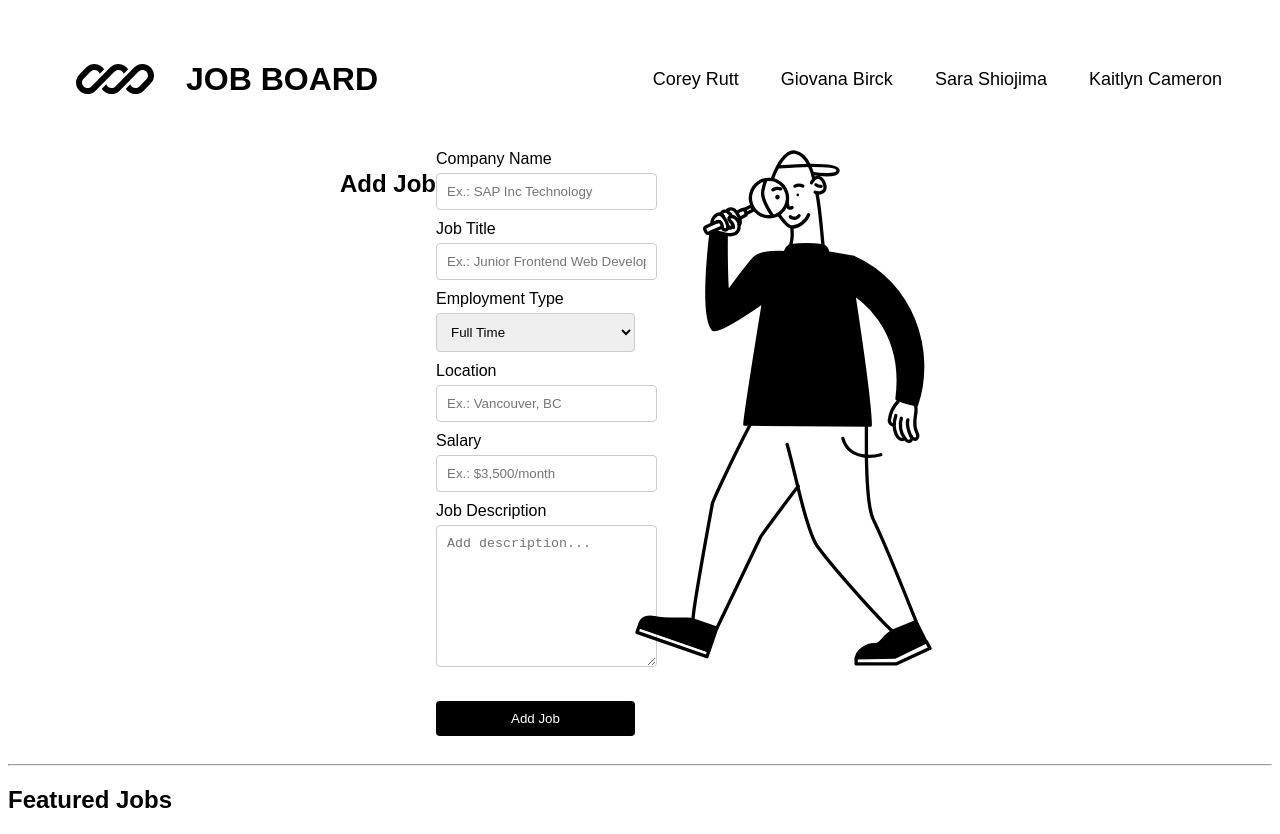
Repository: kcameron37/Final-Project-FrontEnd
Page: /
These files come from the project's save history. The page is drawn as it stood at one moment and after a run of saves; the edit follows.
The browser window is 1280 px wide. The pictures show the whole page.
The project was rebuilt for these pictures with package versions that can differ from the ones it lists, and the page was loaded fresh each time.

Above is the page before, as saved 2023-11-14 20:24:00.

### src/App.js
import React, { useState } from 'react';

import styles from './styles.css';

import JobList from './components/JobList.js';
import AddJob from './components/AddJob.js';
import NavBar from './components/NavBar.js';


export default function App() {
  const [jobs, setJobs] = useState([]);

  const addJob = (job) => {
    setJobs([...jobs, job]);
  };

  const deleteJob = (index) => {
    const newJobs = jobs.filter((_, idx) => idx !== index);
    setJobs(newJobs);
  };

  return (
    <div className="App">
      <NavBar />
      <AddJob addJob={addJob} />
      <JobList jobs={jobs} deleteJob={deleteJob} />
    </div>
  );
}

### src/styles.css
.App {
  font-family: 'Rubik', sans-serif;
}

### src/components/JobList.js
import React from 'react';

export default function JobList({ jobs, deleteJob }) {
  return (
    <div>
      <hr />
      <h2>Featured Jobs</h2>
      {
        jobs.map((job, index) => (
          <div key={index} className="job-item">
            <h3>{job.jobTitle}</h3>
            <button onClick={() => console.log('Make Edit Do Something')}>Edit</button>
            <button onClick={() => deleteJob(index)}>Delete</button>
            <p>{job.companyName} • {job.employment} • {job.location} • {job.salary}</p>
            <p>{job.description}</p>
            <hr />
          </div>
        ))
      }
    </div>
  );
}

### src/components/AddJob.js
import React, { useState } from 'react';
import styles from './addJob.module.css';


export default function AddJob({ addJob }) {

    const [job, setJob] = useState({
        companyName: '',
        jobTitle: '',
        employment: 'Full Time',
        location: '',
        salary: '',
        description: ''
    });

    const handleSubmit = (e) => {
        e.preventDefault();
        addJob(job);
        setJob({ companyName: '', jobTitle: '', employment: 'Full Time', location: '', salary: '', description: '' });
    }

    const handleChange = (e) => {
        setJob({ ...job, [e.target.name]: e.target.value });
    };

    return (
        <form onSubmit={handleSubmit} className={styles.formContainer}>
            <h2>Add Job</h2>
            <div>
                <div>
                    <label>Company Name</label>
                    <input
                        type="text"
                        name="companyName"
                        value={job.companyName}
                        onChange={handleChange}
                        placeholder="Ex.: SAP Inc Technology"
                    />

                    <label>Job Title</label>
                    <input
                        type="text"
                        name="jobTitle"
                        value={job.jobTitle}
                        onChange={handleChange}
                        placeholder="Ex.: Junior Frontend Web Developer"
                    />
                </div>

                <div>
                    <label>Employment Type</label>
                    <select name="employment" value={job.employment} onChange={handleChange}>
                        <option value="Full Time">Full Time</option>
                        <option value="Part Time">Part Time</option>
                    </select>

                    <label>Location</label>
                    <input
                        type="text"
                        name="location"
                        value={job.location}
                        onChange={handleChange}
                        placeholder="Ex.: Vancouver, BC"
                    />

                    <label>Salary</label>
                    <input
                        type="text"
                        name="salary"
                        value={job.salary}
                        onChange={handleChange}
                        placeholder="Ex.: $3,500/month"
                    />
                </div>

                <div>
                    <label>Job Description</label>
                    <textarea
                        name="description"
                        value={job.description}
                        onChange={handleChange}
                        placeholder="Add description..."
                    />
                </div>
                <button type="submit">Add Job</button>

            </div>
            <div>
                <img src="/images/man.svg" alt="Logo" />
            </div>
        </form>
    );
}

### src/components/NavBar.js
import React from 'react';
import styles from './navBar.module.css';

export default function NavBar() {
    return (
        <div className={styles.navBar}>
            <div className={styles.logo}>
                <img src="/images/logo.svg" alt="Logo" />
                <h2>JOB BOARD</h2>
            </div>

            <div>
                <button>Corey Rutt</button>
                <button>Giovana Birck</button>
                <button>Sara Shiojima</button>
                <button>Kaitlyn Cameron</button>
            </div>
        </div>
    );
}

### src/components/addJob.module.css
.formContainer {
    display: flex;
    max-width: 600px;
    margin: auto;
  }

  .formContainer > div {
    margin-bottom: 20px; /* Space out each form section */
  }

  .formContainer label {
    display: block; /* Make the label take up the full width of its line */
    margin-bottom: 5px; /* Space between the label and the input */
  }

  .formContainer input[type="text"],
  .formContainer select,
  .formContainer textarea {
    width: 100%; /* Make the input take up the full width of its parent div */
    padding: 10px; /* Add some padding inside the inputs for better readability */
    border: 1px solid #ccc; /* A subtle border for the inputs */
    border-radius: 4px; /* Optional: rounded corners */
    margin-bottom: 10px; /* Space after each input */
  }

  .formContainer textarea {
    height: 120px; /* Set a fixed height for the textarea */
  }

  .formContainer button {
    width: 100%; /* Make the button take up the full width */
    padding: 10px; /* Padding for the button */
    background-color: #000; /* Button color */
    color: #fff; /* Text color for the button */
    border: none;
    border-radius: 4px; /* Optional: rounded corners for the button */
    cursor: pointer;
    margin-top: 20px; /* Space above the button */
  }

  /* Ensure the image doesn't exceed the width of the form */
  .formContainer img {
    max-width: 100%;
    height: auto;
  }

### src/components/navBar.module.css
.logo{
  display: flex;
  align-items: center;
  margin-left: 2em;
  padding: 1em;
}

.logo h2 {
  margin-left: 1em;
  font-size: 32px;
}

.navBar {
    background-color: transparent;
    padding: 10px 20px;
    display: flex;
    align-items: center;
    justify-content: space-between;
  }

  .navBar img {
    height: 30px;
  }

  .navBar button {
    background-color: transparent;
    border: none;
    padding: 10px 12px;
    margin-right: 1em;
    cursor: pointer;
    font-size: 18px;
  }

Loaded but not shown: public/index.html (common file); src/index.js (common file)

After the next 2 saves:
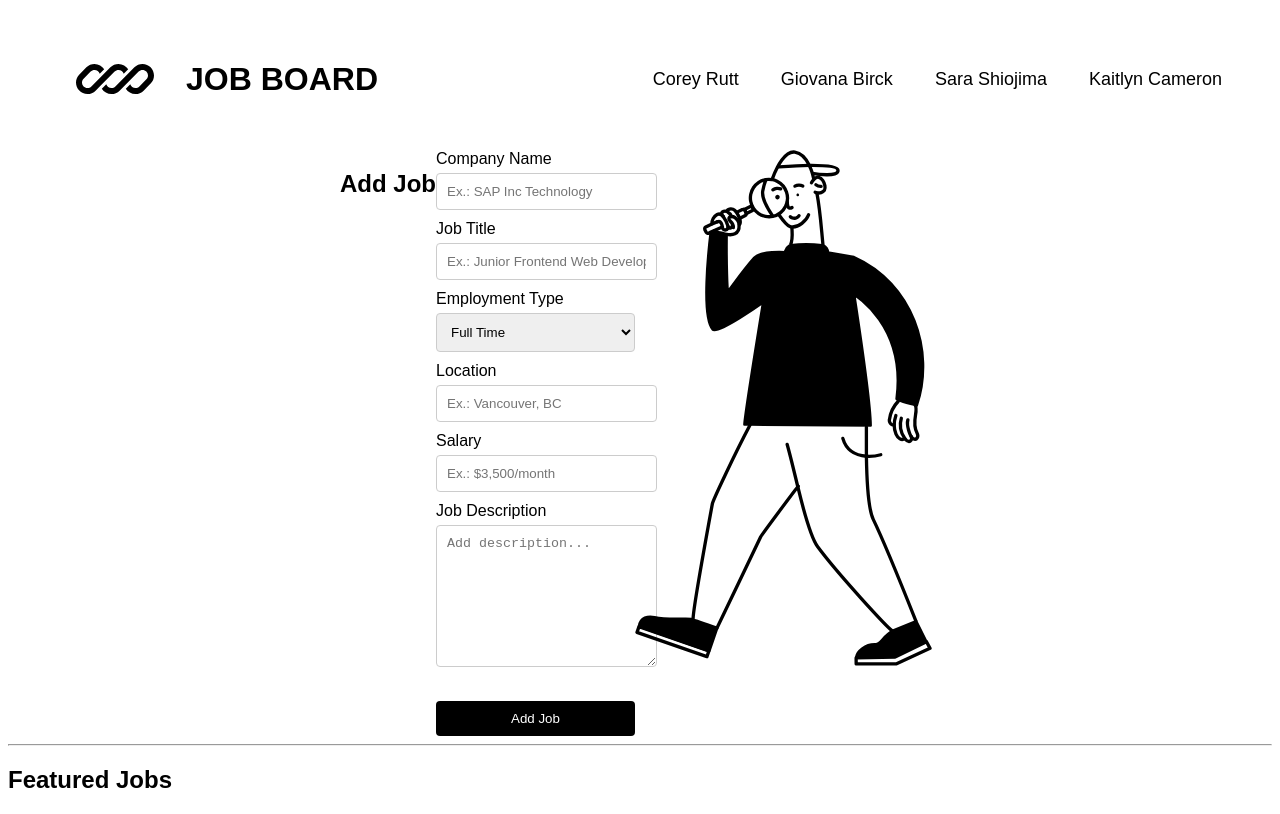
The 2 saves are shown as one change because they came seconds apart.
The last was saved 9 s later.
--- a/src/components/addJob.module.css
+++ b/src/components/addJob.module.css
@@ -5,7 +5,7 @@
   }
 
   .formContainer > div {
-    margin-bottom: 20px; /* Space out each form section */
+
   }
 
   .formContainer label {
